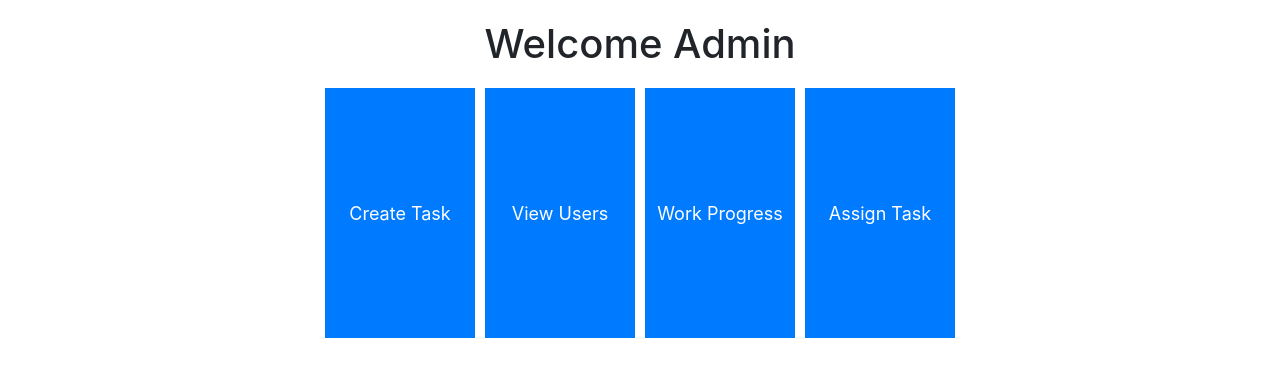
Repository: neha-rouniyar/taskmgmt
Page: http://localhost/admin-dashboard
The author's editor kept a copy of each file at every save. The page is drawn from the files as they stood at one save, then again after the next save.
The browser window is 1280 px wide. The pictures show the whole page.
Some web libraries are served in a nearby version. The page is served by the project's Laravel application, run on PHP 8.4 with Laravel 10.

Above is the page before, as saved 2023-12-15 23:56:42.

After the next save:
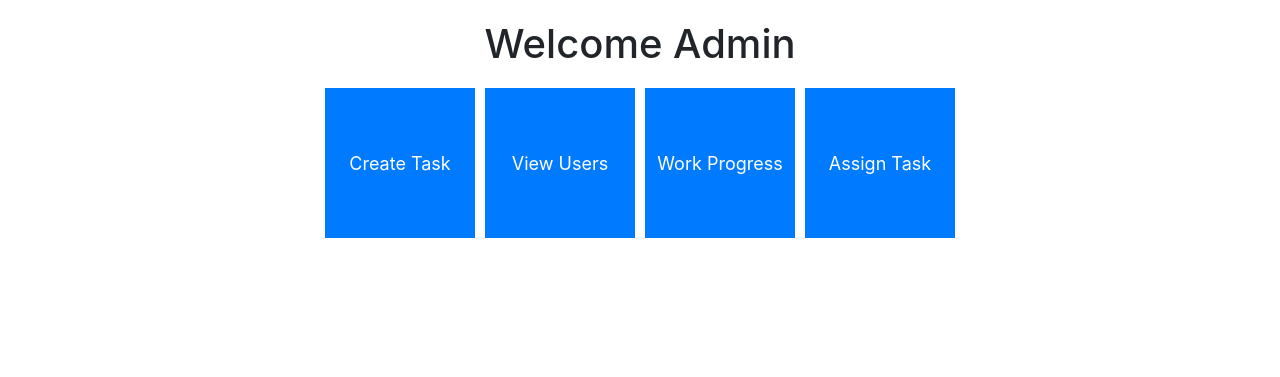
Saved 7 s later.
--- a/resources/views/admin/dashboard.blade.php
+++ b/resources/views/admin/dashboard.blade.php
@@ -29,7 +29,7 @@
 
         .btn {
             width: 150px;
-            height: 250px;
+            height: 150px;
             border: 1px solid #007bff;
             background-color: #007bff;
             color: #fff;
